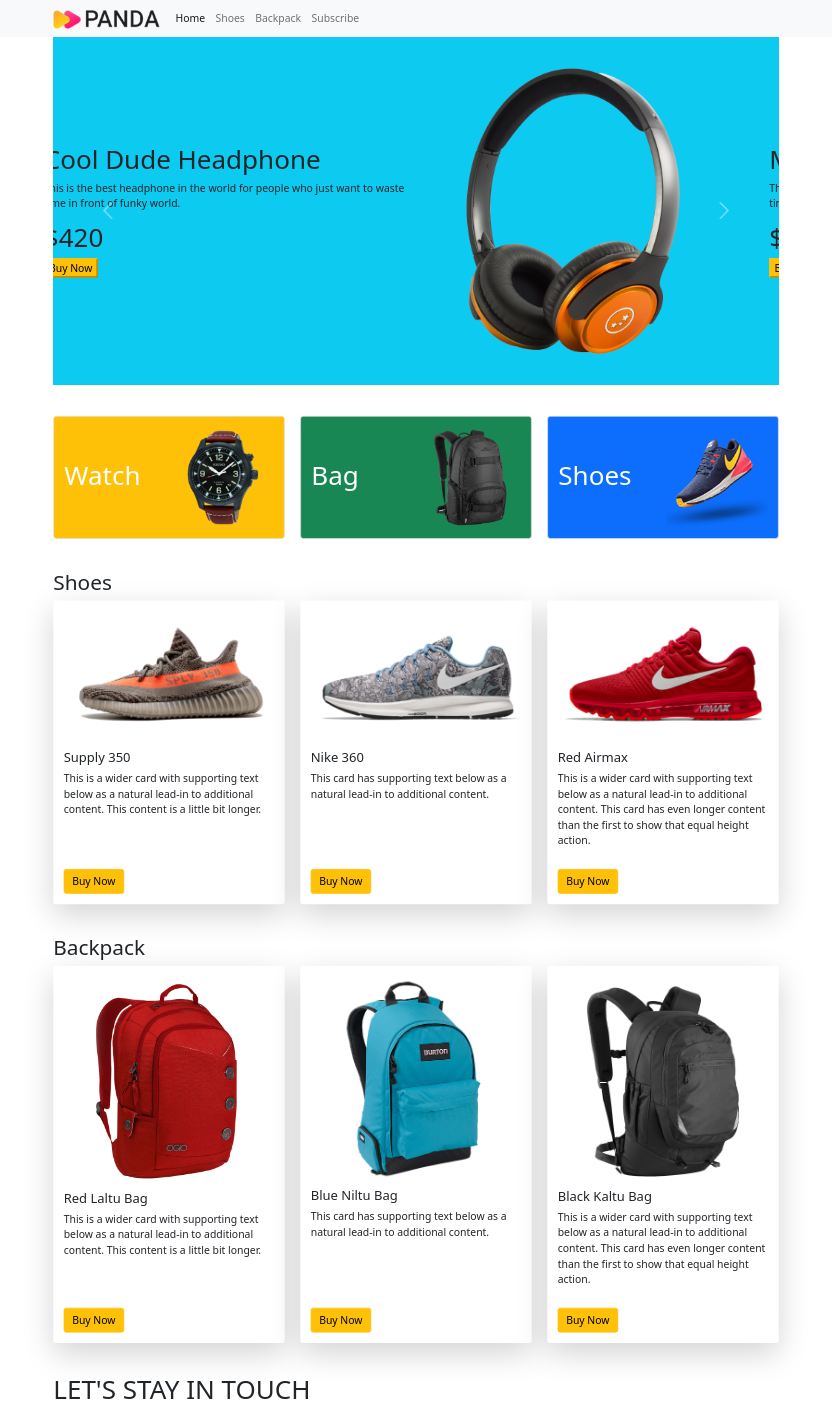
Repository: mdmohiddin/panda-commerce-rp
Page: index.html
These files come from the project's save history. The page is drawn as it stood at one moment and after the next save; the edit follows.
The browser window is 1280 px wide. The pictures show the whole page, at 65% of full size.

Above is the page before, as saved 2021-07-28 19:38:02.

### index.html
<!DOCTYPE html>
<html lang="en">
<head>
    <meta charset="UTF-8">
    <meta http-equiv="X-UA-Compatible" content="IE=edge">
    <meta name="viewport" content="width=device-width, initial-scale=1.0">
    <title>panda-commerce</title>
    <!-- Bootstrap Stylesheet -->
    <link href="https://cdn.jsdelivr.net/npm/bootstrap@5.0.2/dist/css/bootstrap.min.css" rel="stylesheet" integrity="sha384-EVSTQN3/azprG1Anm3QDgpJLIm9Nao0Yz1ztcQTwFspd3yD65VohhpuuCOmLASjC" crossorigin="anonymous">

</head>
<body>
    <!-- header star -->
    <header>
        <nav class="navbar navbar-expand-lg navbar-light bg-light">
            <div class="container">
              <a class="navbar-brand" href="#">
                <img src="images/logo.png" alt="">
              </a>
              <button class="navbar-toggler" type="button" data-bs-toggle="collapse" data-bs-target="#navbarSupportedContent" aria-controls="navbarSupportedContent" aria-expanded="false" aria-label="Toggle navigation">
                <span class="navbar-toggler-icon"></span>
              </button>
              <div class="collapse navbar-collapse" id="navbarSupportedContent">

                <ul class="navbar-nav me-auto mb-2 mb-lg-0">

                    <li class="nav-item">
                    <a class="nav-link active" aria-current="page" href="#">Home</a>
                  </li>

                  <li class="nav-item">
                    <a class="nav-link" href="#">Shoes</a>
                  </li>

                  <li class="nav-item">
                    <a class="nav-link" href="#">Backpack</a>
                  </li>

                  <li class="nav-item">
                    <a class="nav-link" href="#">Subscribe</a>
                  </li>

                </ul>
              </div>
            </div>
          </nav>

          <!-- image slider -->
          <section class="container">
            <div id="carouselExampleControls" class="carousel slide" data-bs-ride="carousel">

                <div class="carousel-inner">

                    <div class="carousel-item active">

                        <div class="row bg-info p-5 d-flex align-items-center">
                            <div class="col-lg-7">
                                <h1>Cool Dude Headphone</h1>
                                <p>This is the best headphone in the world for people who just want to waste time in front of funky world.</p>
                                <h1>$420</h1>
                                <button class="btn-warning">Buy Now</button>
                            </div>
                            <div class="col-lg-5">
                                <img src="images/banner-images/headphone.png" class="d-block w-100" alt="...">
                            </div>
                        </div>
                  </div>

                  <div class="carousel-item">
                    <div class="row bg-info p-5 d-flex align-items-center">
                        <div class="col-lg-7">
                            <h1>Mega LCD TV For Sports</h1>
                            <p>This is the best headphone in the world for people who just want to waste time in front of funky world.</p>
                            <h1>$420</h1>
                            <button class="btn-warning">Buy Now</button>
                        </div>
                        <div class="col-lg-5">
                            <img src="images/banner-images/tv.png" class="d-block w-100" alt="...">
                        </div>
                    </div>
                  </div>

                  <div class="carousel-item">
                    <div class="row bg-info p-5 d-flex align-items-center">
                        <div class="col-lg-7">
                            <h1>X-Box for your living room</h1>
                            <p>This is the best headphone in the world for people who just want to waste time in front of funky world.</p>
                            <h1>$600</h1>
                            <button class="btn-warning">Buy Now</button>
                        </div>
                        <div class="col-lg-5">
                            <img src="images/banner-images/xbox.png" class="d-block w-100" alt="...">
                        </div>
                    </div>
                  </div>
                </div>
                <button class="carousel-control-prev" type="button" data-bs-target="#carouselExampleControls" data-bs-slide="prev">
                  <span class="carousel-control-prev-icon" aria-hidden="true"></span>
                  <span class="visually-hidden">Previous</span>
                </button>
                <button class="carousel-control-next" type="button" data-bs-target="#carouselExampleControls" data-bs-slide="next">
                  <span class="carousel-control-next-icon" aria-hidden="true"></span>
                  <span class="visually-hidden">Next</span>
                </button>
              </div>
          </section>
    </header>
    <!-- header end -->

    <main>
        <!-- catergories -->
        <section class="container my-5">
                <div class="row g-4">

                  <div class="col-lg-4 col-md-6 col-12">
                    <div class="p-3 border bg-warning d-flex align-items-center d-flex justify-content-between rounded-3">
                        <h1 class="text-white">Watch</h1>
                        <img src="images/categories/watch.png" alt="">
                    </div>
                  </div>

                  <div class="col-lg-4 col-md-6 col-12">
                    <div class="p-3 border bg-success d-flex align-items-center d-flex justify-content-between rounded-3">
                        <h1 class="text-white">Bag</h1>
                        <img src="images/categories/bag.png" alt="">
                    </div>
                  </div>

                  <div class="col-lg-4 col-md-6 col-12">
                    <div class="p-3 border bg-primary d-flex align-items-center d-flex justify-content-between rounded-3">
                        <h1 class="text-white">Shoes</h1>
                        <img src="images/categories/shoes.png" alt="">
                    </div>
                  </div>
                </div>
        </section>

        <!-- Shoes -->
        <section class="container">
            <h2>Shoes</h2>
            <div class="row row-cols-1 row-cols-md-2 row-cols-lg-3 g-4">

                <div class="col">
                  <div class="card h-100 border-0 shadow-lg">
                    <img src="images/shoes/shoe-1.png" class="card-img-top" alt="...">
                    <div class="card-body">
                      <h5 class="card-title">Supply 350</h5>
                      <p class="card-text">This is a wider card with supporting text below as a natural lead-in to additional content. This content is a little bit longer.</p>
                    </div>
                    <div class="m-3">
                     <button class="btn btn-warning">Buy Now</button>
                    </div>
                  </div>
                </div>

                <div class="col">
                  <div class="card h-100 border-0 shadow-lg">
                    <img src="images/shoes/shoe-2.png" class="card-img-top" alt="...">
                    <div class="card-body">
                      <h5 class="card-title">Nike 360</h5>
                      <p class="card-text">This card has supporting text below as a natural lead-in to additional content.</p>
                    </div>
                    <div class="m-3">
                      <button class="btn btn-warning">Buy Now</button>
                    </div>
                  </div>
                </div>

                <div class="col">
                  <div class="card h-100 border-0 shadow-lg">
                    <img src="images/shoes/shoe-3.png" class="card-img-top" alt="...">
                    <div class="card-body">
                      <h5 class="card-title">Red Airmax</h5>
                      <p class="card-text">This is a wider card with supporting text below as a natural lead-in to additional content. This card has even longer content than the first to show that equal height action.</p>
                    </div>
                    <div class="m-3">
                     <button class="btn btn-warning">Buy Now</button>
                    </div>
                  </div>
                </div>
              </div>
        </section>

        <!-- Backpack -->
        <section class="container my-5">
            <h2>Backpack</h2>
            <div class="row row-cols-1 row-cols-md-2 row-cols-lg-3 g-4">

                <div class="col">
                  <div class="card h-100 border-0 shadow-lg">
                    <img src="images/bags/bag-1.png" class="card-img-top" alt="...">
                    <div class="card-body">
                      <h5 class="card-title">Red Laltu Bag</h5>
                      <p class="card-text">This is a wider card with supporting text below as a natural lead-in to additional content. This content is a little bit longer.</p>
                    </div>
                    <div class="m-3">
                     <button class="btn btn-warning">Buy Now</button>
                    </div>
                  </div>
                </div>

                <div class="col">
                  <div class="card h-100 border-0 shadow-lg">
                    <img src="images/bags/bag-2.png" class="card-img-top" alt="...">
                    <div class="card-body">
                      <h5 class="card-title">Blue Niltu Bag</h5>
                      <p class="card-text">This card has supporting text below as a natural lead-in to additional content.</p>
                    </div>
                    <div class="m-3">
                      <button class="btn btn-warning">Buy Now</button>
                    </div>
                  </div>
                </div>

                <div class="col">
                  <div class="card h-100 border-0 shadow-lg">
                    <img src="images/bags/bag-3.png" class="card-img-top" alt="...">
                    <div class="card-body">
                      <h5 class="card-title">Black Kaltu Bag</h5>
                      <p class="card-text">This is a wider card with supporting text below as a natural lead-in to additional content. This card has even longer content than the first to show that equal height action.</p>
                    </div>
                    <div class="m-3">
                     <button class="btn btn-warning">Buy Now</button>
                    </div>
                  </div>
                </div>
              </div>
        </section>

        <!-- Subscription -->
        <section class="container">
            <h1>LET'S STAY IN TOUCH</h1>
        </section>
    </main>
    <footer>

    </footer>

    <!-- Bootstrap JS -->
    <script src="https://cdn.jsdelivr.net/npm/bootstrap@5.0.2/dist/js/bootstrap.bundle.min.js" integrity="sha384-MrcW6ZMFYlzcLA8Nl+NtUVF0sA7MsXsP1UyJoMp4YLEuNSfAP+JcXn/tWtIaxVXM" crossorigin="anonymous"></script>
</body>
</html>

After the next save:
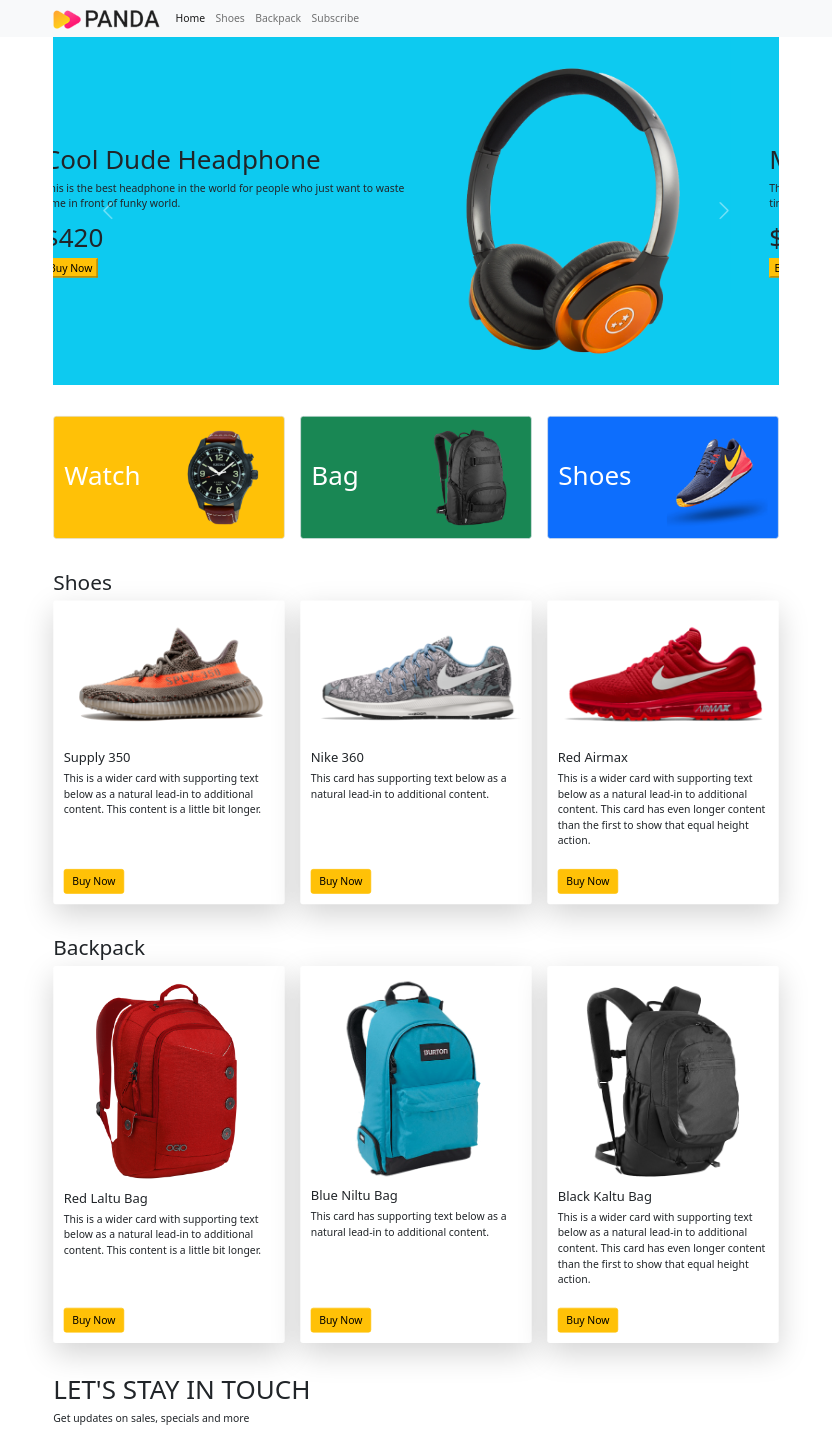
Saved 21 s later.
--- a/index.html
+++ b/index.html
@@ -230,6 +230,7 @@
         <!-- Subscription -->
         <section class="container">
             <h1>LET'S STAY IN TOUCH</h1>
+            <p>Get updates on sales, specials and more</p>
         </section>
     </main>
     <footer>
